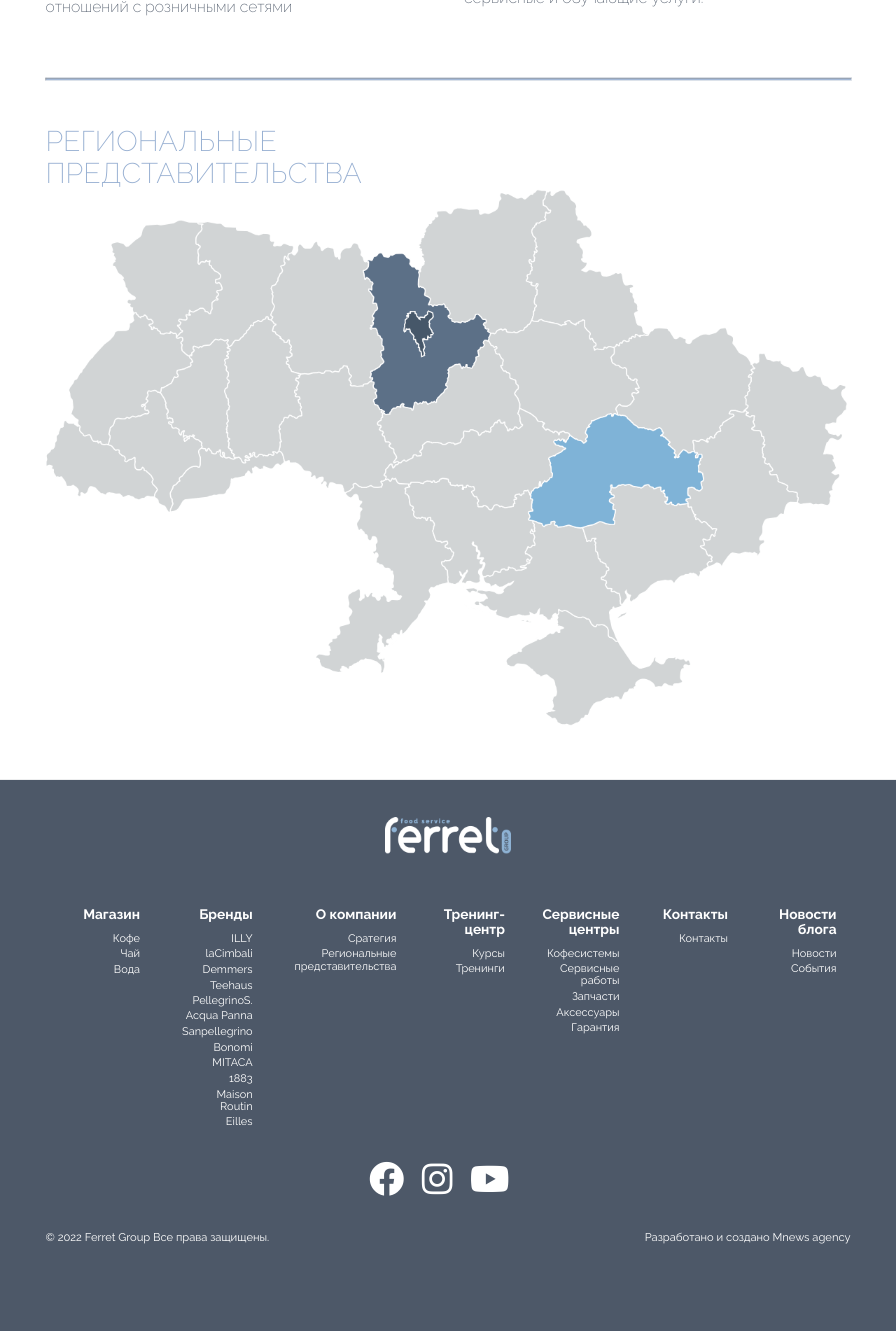
Repository: fanbear/ferret
Page: about.html
These files come from the project's save history. The page is drawn as it stood at one moment and after the next save; the edit follows.
The browser window is 1280 px wide. The pictures show the part of the page from y = 1323 to 3243 px (the page is 3225 px tall before and 3243 px after), at 70% of full size.

Above is the page before, as saved 2022-02-03 14:07:26.

After the next save:
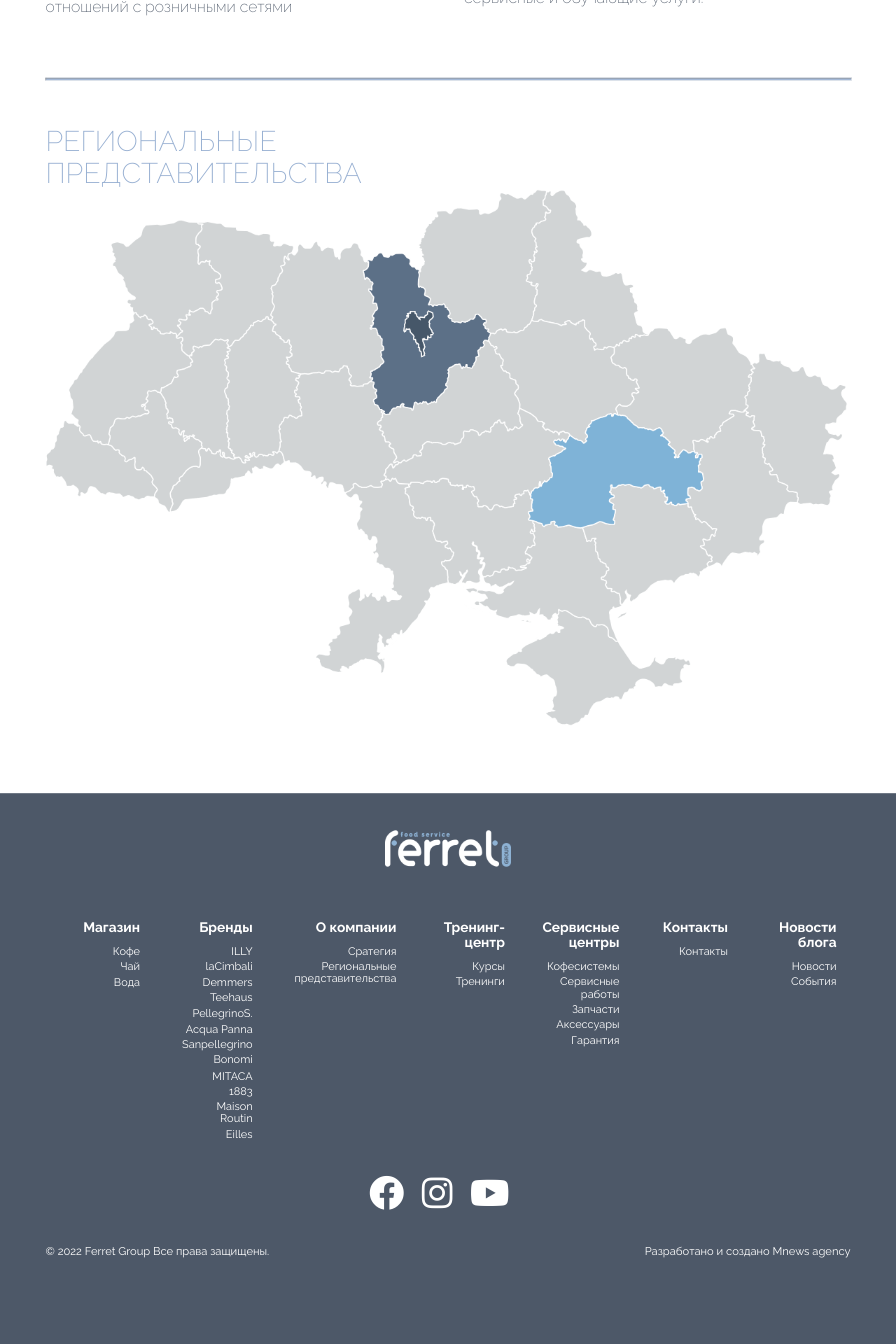
Saved 27 s later.
--- a/css/main.css
+++ b/css/main.css
@@ -622,3 +622,7 @@
     font-weight: 200;
     max-width: 45%;
 }
+
+.about__map-desc ul li {
+    font-size: 1.4em;
+}
